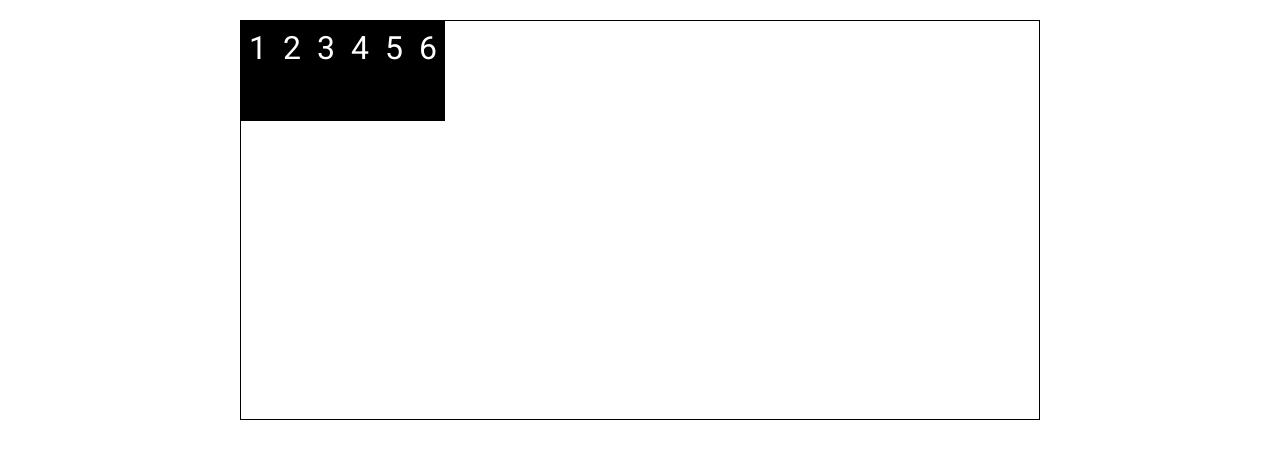
Repository: JavaProgrammerFromEastEurope/project-css-full-tutorial
Page: 14_lesson/index.html
An editor plug-in stored every save of this project. The page is shown before and after the next save, followed by the edit.
The browser window is 1280 px wide. The pictures show the whole page.

Above is the page before, as saved 2023-04-07 11:37:58.

After the next save:
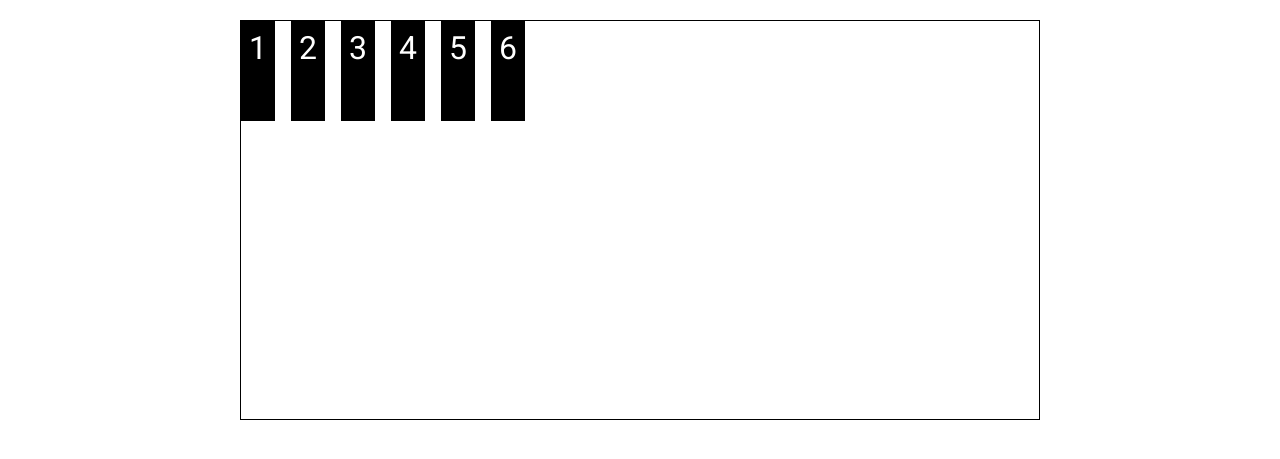
Saved 4 s later.
--- a/14_lesson/css/style.css
+++ b/14_lesson/css/style.css
@@ -18,7 +18,8 @@ body {
   margin-inline: auto;
   border: 1px solid #000;
   display: flex;
-	gap
+	gap: 1rem;
+
 }
 
 .box {
